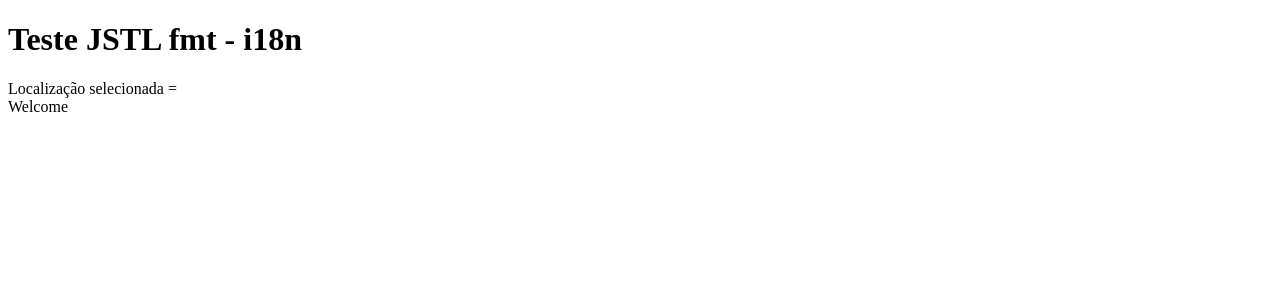
Repository: GabrielGGhost/EstudoJavaAW1-AW2
Page: http://localhost/estudos10/jsp/exemploI18N.jsp
These files come from the project's save history. The page is drawn as it stood at one moment and after the next save; the edit follows.
The browser window is 1280 px wide. The pictures show the whole page.
The page is served by Tomcat 9.

Above is the page before, as saved 2020-10-23 17:08:58.

### estudos10/WebContent/jsp/exemploI18N.jsp
<%@ page language="java" contentType="text/html; charset=ISO-8859-1"
    pageEncoding="ISO-8859-1"%>

<%@ taglib uri="http://java.sun.com/jsp/jstl/fmt" prefix="fmt" %>
<!DOCTYPE html PUBLIC "-//W3C//DTD HTML 4.01 Transitional//EN" "http://www.w3.org/TR/html4/loose.dtd">
<html>
<head>
<meta http-equiv="Content-Type" content="text/html; charset=ISO-8859-1">
<title>Teste de i18n com JSTL</title>
</head>
<body>
	<h1>Teste JSTL fmt - i18n</h1>
	Localização selecionada = ${param.language} <br/>
	<fmt:setLocale value="{param.language}"/>
		<fmt:bundle basename="com.estudo.bundles.mensagens" prefix="Login.">
			<fmt:message key="mensagem.boasvindas"> </fmt:message>
		</fmt:bundle>
</body>
</html>

After the next save:
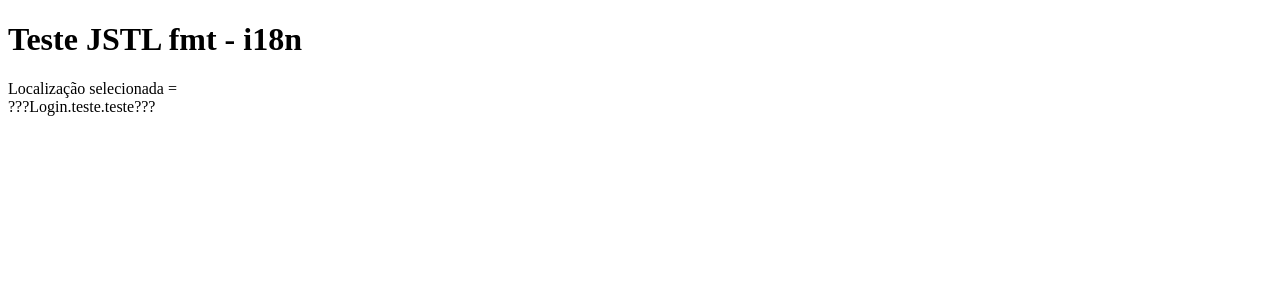
Saved 18 s later.
--- a/estudos10/WebContent/jsp/exemploI18N.jsp
+++ b/estudos10/WebContent/jsp/exemploI18N.jsp
@@ -12,8 +12,8 @@
 	<h1>Teste JSTL fmt - i18n</h1>
 	Localização selecionada = ${param.language} <br/>
 	<fmt:setLocale value="{param.language}"/>
-		<fmt:bundle basename="com.estudo.bundles.mensagens" prefix="Login.">
-			<fmt:message key="mensagem.boasvindas"> </fmt:message>
+		<fmt:bundle basename="com.estudo.bundles.teste" prefix="Login.">
+			<fmt:message key="teste.teste"> </fmt:message>
 		</fmt:bundle>
 </body>
 </html>
